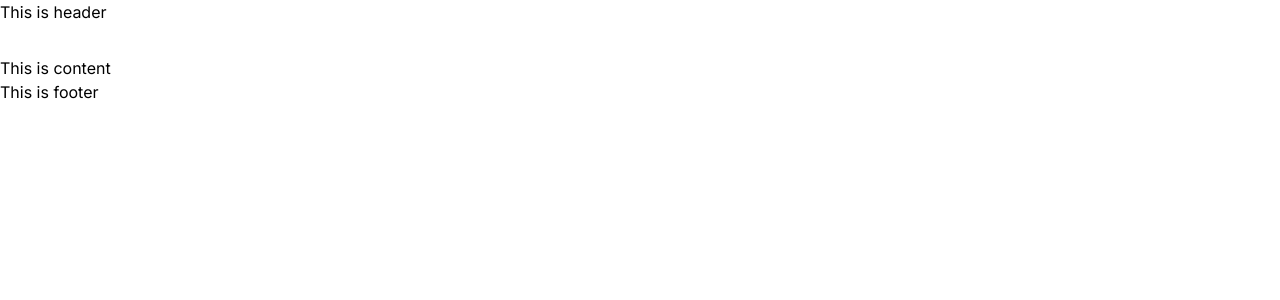
Repository: nirazanbasnet/test-react-swipeable
Page: /
The author's editor kept a copy of each file at every save. The page is drawn from the files as they stood at one save, then again after a run of saves.
The browser window is 1280 px wide. The pictures show the whole page.
The project was rebuilt for these pictures with package versions that can differ from the ones it lists, and the page was loaded fresh each time. The framework's server and built-in components were replaced by stand-ins that run in the browser. Also part of the build but not shown: next.config.mjs.

Above is the page before, as saved 2024-02-07 09:41:34.

### src/app/layout.js
import { Inter } from "next/font/google";
import "./globals.css";
import AppLayout from "@/components/AppLayout";

const inter = Inter({ subsets: ["latin"] });

export const metadata = {
  title: "Create Next App",
  description: "Generated by create next app",
};

export default function RootLayout({ children }) {
  return (
		<html lang="en">
			<body className={inter.className}>
				<AppLayout>{children}</AppLayout>
			</body>
		</html>
	);
}

### src/app/page.js
"use client";

import { useEffect } from "react";

export default function Home() {
	useEffect(() => {
		const updateDocumentHeight = () => {
			const doc = document.documentElement;
			doc.style.setProperty("--doc-height", `${window.innerHeight}px`);
		};

		// Set the height initially and on window resize
		window.addEventListener("resize", updateDocumentHeight);
		updateDocumentHeight();

		// Clean up the event listener when the component unmounts
		return () => window.removeEventListener("resize", updateDocumentHeight);
	}, []);
	return <div>This is content</div>;
}

### src/app/globals.css
@tailwind base;
@tailwind components;
@tailwind utilities;

:root {
 --doc-height: 100%;
}

html,
body {
 padding: 0;
 margin: 0;
 height: 100vh; /* fallback for Js load */
 height: var(--doc-height);
}

### src/components/AppLayout.js
export default function AppLayout({ children }) {
	return (
		<>
			<header className="h-14">This is header</header>
			<main>{children}</main>
			<footer>This is footer</footer>
		</>
	);
}

Loaded but not shown: tailwind.config.js (common file)

After the next 2 saves:
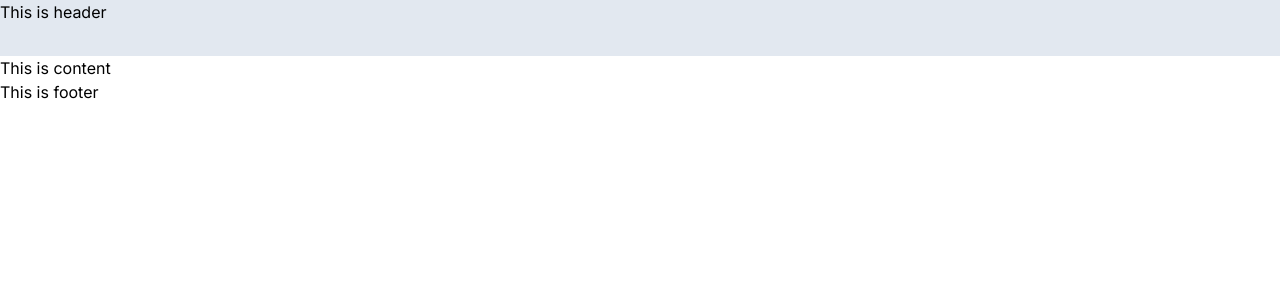
The 2 saves are shown as one change because they came seconds apart.
The last was saved 7 s later.
--- a/src/components/AppLayout.js
+++ b/src/components/AppLayout.js
@@ -1,7 +1,7 @@
 export default function AppLayout({ children }) {
 	return (
 		<>
-			<header className="h-14">This is header</header>
+			<header className="h-14 bg-slate-200">This is header</header>
 			<main>{children}</main>
 			<footer>This is footer</footer>
 		</>
